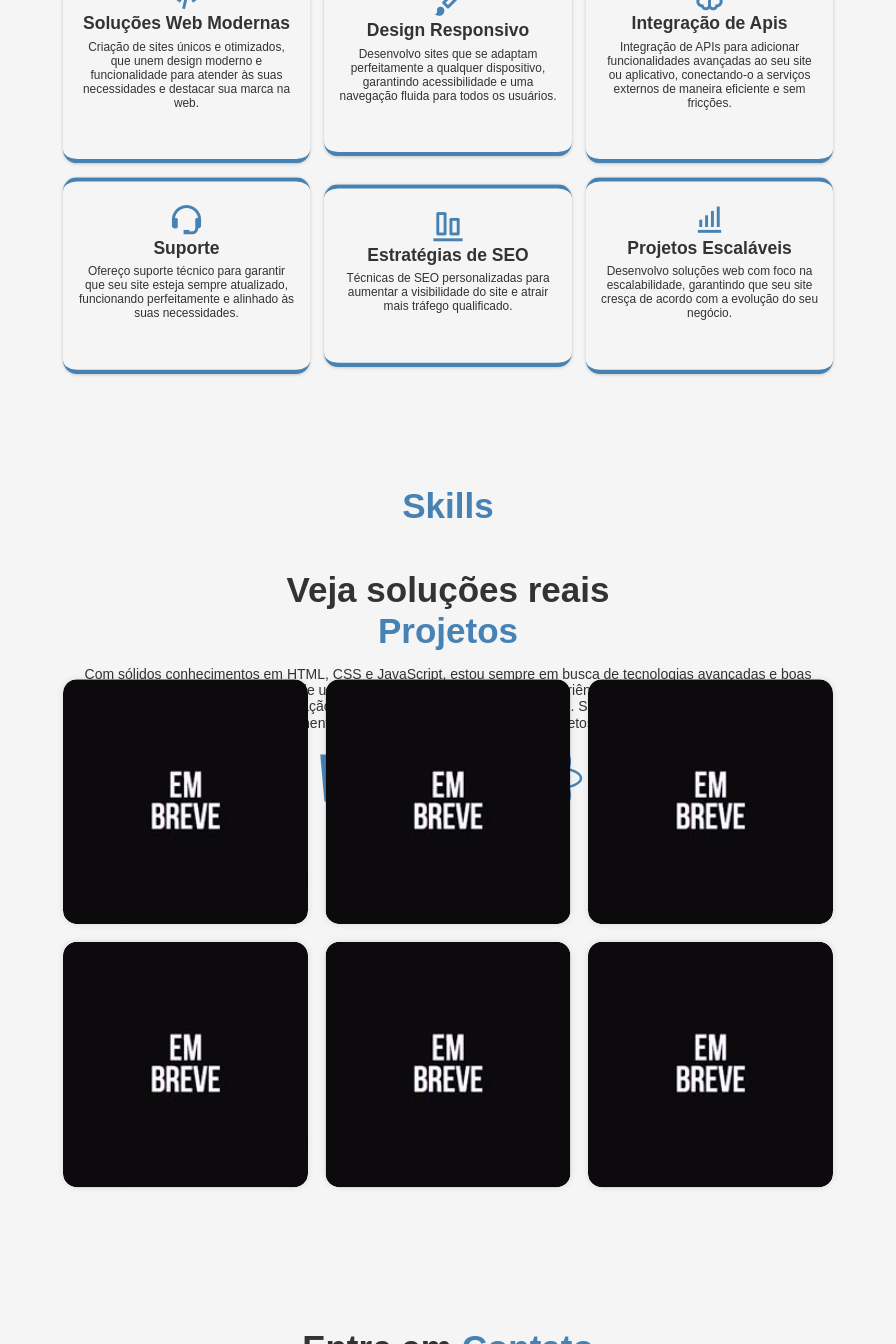
Repository: AliciaKathleen/portfolio-2025
Page: index.html
An editor plug-in stored every save of this project. The page is shown before and after the next save, followed by the edit.
The browser window is 1280 px wide. The pictures show the part of the page from y = 1615 to 3535 px (the page is 4200 px tall), at 70% of full size.

Above is the page before, as saved 2025-01-27 18:08:47.
Console error: TypeError: Cannot read properties of null (reading 'classList')

After the next save:
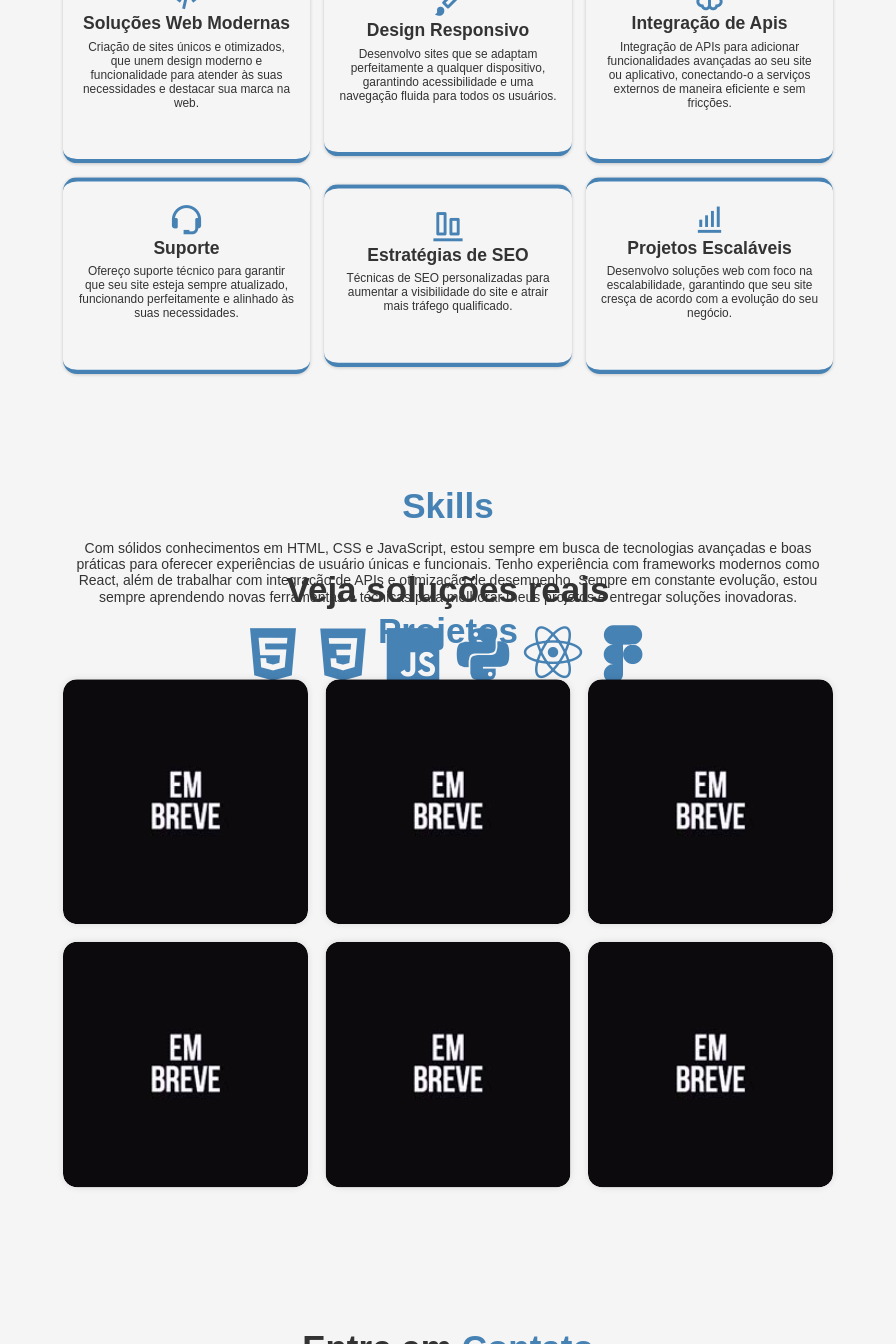
Saved 4 s later.
--- a/style.css
+++ b/style.css
@@ -355,7 +355,7 @@ span {
 
 .skills-container {
     text-align: center;
-    margin-top: 200px;
+    margin-top: 20px;
 }
 
 .skills-container p{
